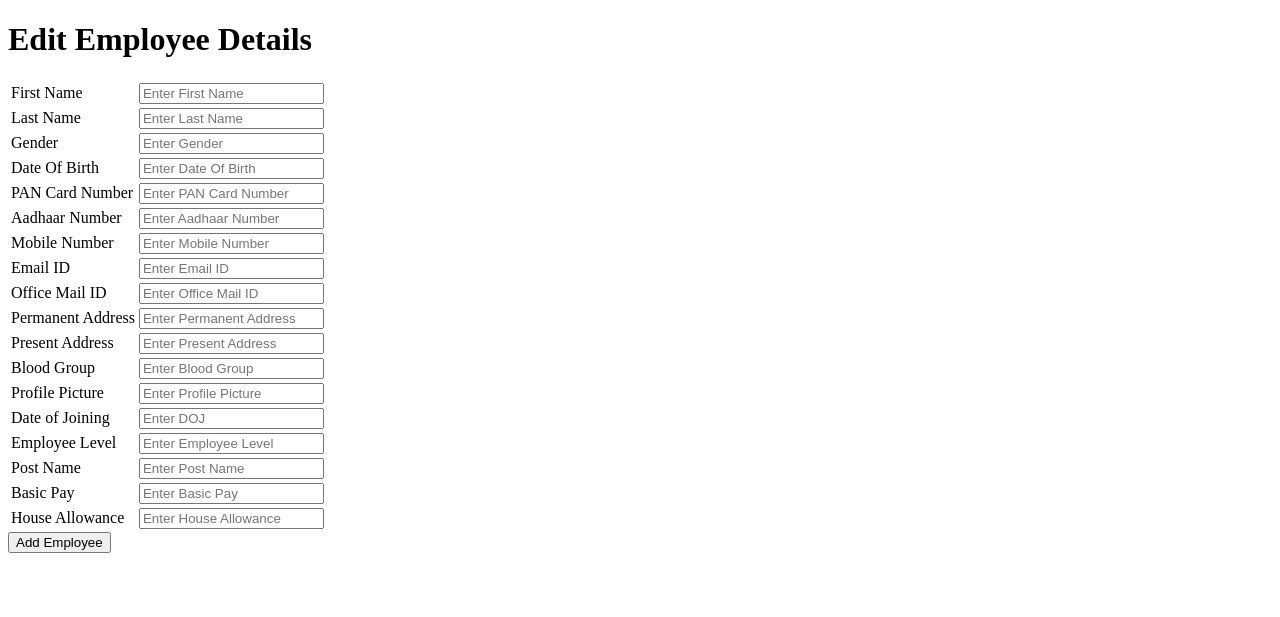
Repository: P9-Analyst-Java/employee-management-abhishekdatta12
Page: http://localhost/spring-expense-tracker/WEB-INF/views/employee.jsp
The author's editor kept a copy of each file at every save. The page is drawn from the files as they stood at one save, then again after the next save.
The browser window is 1280 px wide. The pictures show the whole page.
The page is served by Tomcat 9. Nobody is signed in. The template is opened directly, without the code that normally fills it, so the values that code supplies are empty.

Above is the page before, as saved 2023-02-20 09:36:04.

After the next save:
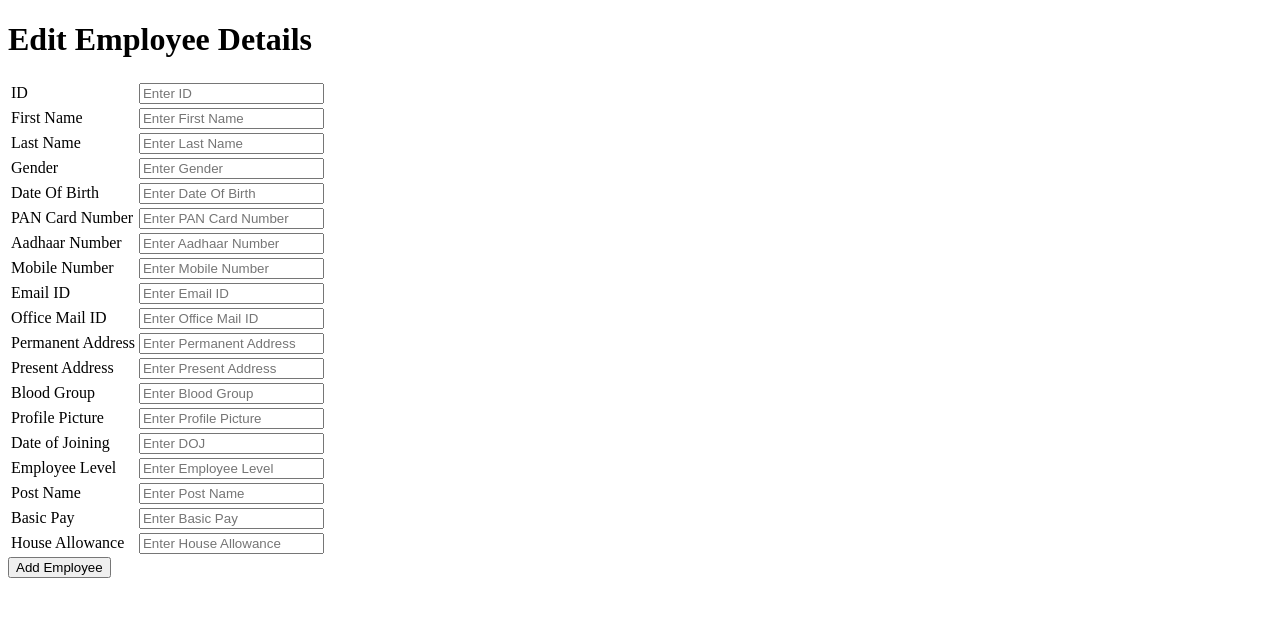
Saved 3 min 28 s later.
--- a/spring-portal/spring-expense-tracker/src/main/webapp/WEB-INF/views/employee.jsp
+++ b/spring-portal/spring-expense-tracker/src/main/webapp/WEB-INF/views/employee.jsp
@@ -15,6 +15,7 @@
 	<form:form action="${contextRoot}/expense" method="post" modelAttribute="expense">
 	<table>
 		<form:hidden path="id"/>
+		<tr><td>ID</td><td><form:input path="id" placeholder="Enter ID"/></td></tr>
 		<tr><td>First Name</td><td><form:input path="firstName" placeholder="Enter First Name"/></td></tr>
 		<tr><td>Last Name</td><td><form:input path="lastName" placeholder="Enter Last Name"/>
 		<tr><td>Gender</td><td><form:input path="gender" placeholder="Enter Gender"/>
